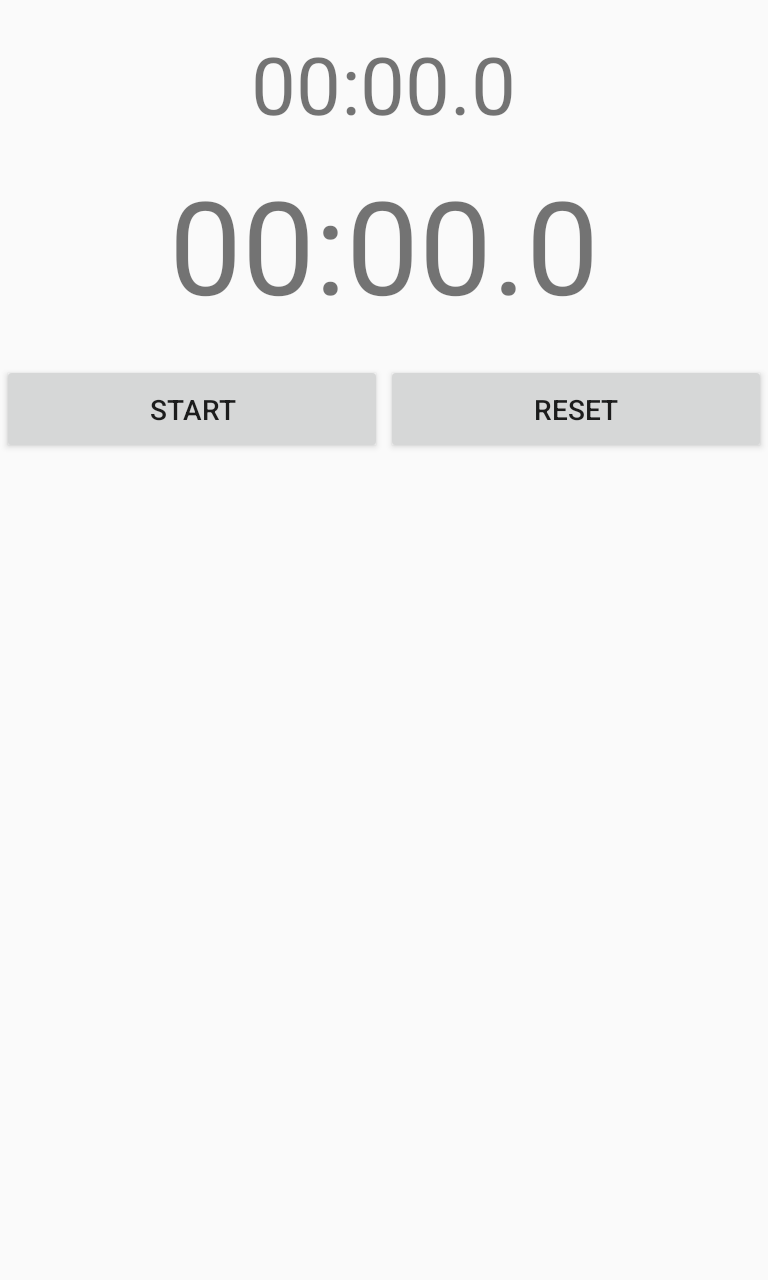
Repository: GitDidNotExitCleanly/AndroidTimer
Layout: G54MDP_Stopwatch/res/layout/fragment_stopwatch.xml
These files come from the project's save history. The layout is drawn as it stood at one moment and after the next save; the edit follows.
It is drawn on a 768 x 1280 px phone screen (xhdpi) without system bars, with theme AppTheme; the app's code is not run. Lists and similar views that code fills are empty.

Above is the layout before, as saved 2015-03-07 01:38:20.

### G54MDP_Stopwatch/res/layout/fragment_stopwatch.xml
<?xml version="1.0" encoding="utf-8"?>
<LinearLayout xmlns:android="http://schemas.android.com/apk/res/android"
    android:layout_width="match_parent"
    android:layout_height="match_parent"
    android:gravity="center_horizontal"
    android:orientation="vertical" >

        <LinearLayout
            android:layout_width="fill_parent"
            android:layout_height="wrap_content"
            android:layout_weight="0.5"
            android:gravity="center_horizontal"
            android:orientation="vertical" >

	        <TextView
	            android:id="@+id/smallTime"
	            android:layout_width="wrap_content"
	            android:layout_height="wrap_content"
	            android:text="00:00.0"
	            android:textSize="@dimen/stopwatch_small_time"
	            android:paddingTop="15dip"
	            android:paddingBottom="5dip" />

	        <TextView
	            android:id="@+id/largeTime"
	            android:layout_width="wrap_content"
	            android:layout_height="wrap_content"
	            android:text="00:00.0"
	            android:textSize="@dimen/stopwatch_large_time"
	            android:paddingTop="5dip"
	            android:paddingBottom="15dip" />

	        <LinearLayout
	            android:layout_width="match_parent"
	            android:layout_height="wrap_content"
	            android:gravity="center_horizontal"
	            android:orientation="horizontal"
	             >

	            <Button
	                android:id="@+id/start_stop"
	                android:layout_width="wrap_content"
	                android:layout_height="wrap_content"
	                android:layout_weight="1"
	                android:text="Start" />

	            <Button
	                android:id="@+id/reset_lap"
	                android:layout_width="wrap_content"
	                android:layout_height="wrap_content"
	                android:layout_weight="1"
	                android:text="Reset" />

	        </LinearLayout>
    </LinearLayout>

    <ListView
        android:id="@+id/timeList"
        android:layout_width="fill_parent"
        android:layout_height="wrap_content"
        android:layout_gravity="center_horizontal"
        android:layout_weight="0.3" >

    </ListView>

</LinearLayout>

### G54MDP_Stopwatch/res/values/dimens.xml
<resources>

    <!-- Default screen margins, per the Android Design guidelines. -->
    <dimen name="activity_horizontal_margin">16dp</dimen>
    <dimen name="activity_vertical_margin">16dp</dimen>
	<dimen name="stopwatch_small_time">40dp</dimen>
    <dimen name="stopwatch_large_time">65dp</dimen>

</resources>

Loaded but not shown: G54MDP_Stopwatch/res/values/styles.xml (common file); G54MDP_Stopwatch/res/values-v11/styles.xml (common file); G54MDP_Stopwatch/res/values-v14/styles.xml (common file)

After the next save:
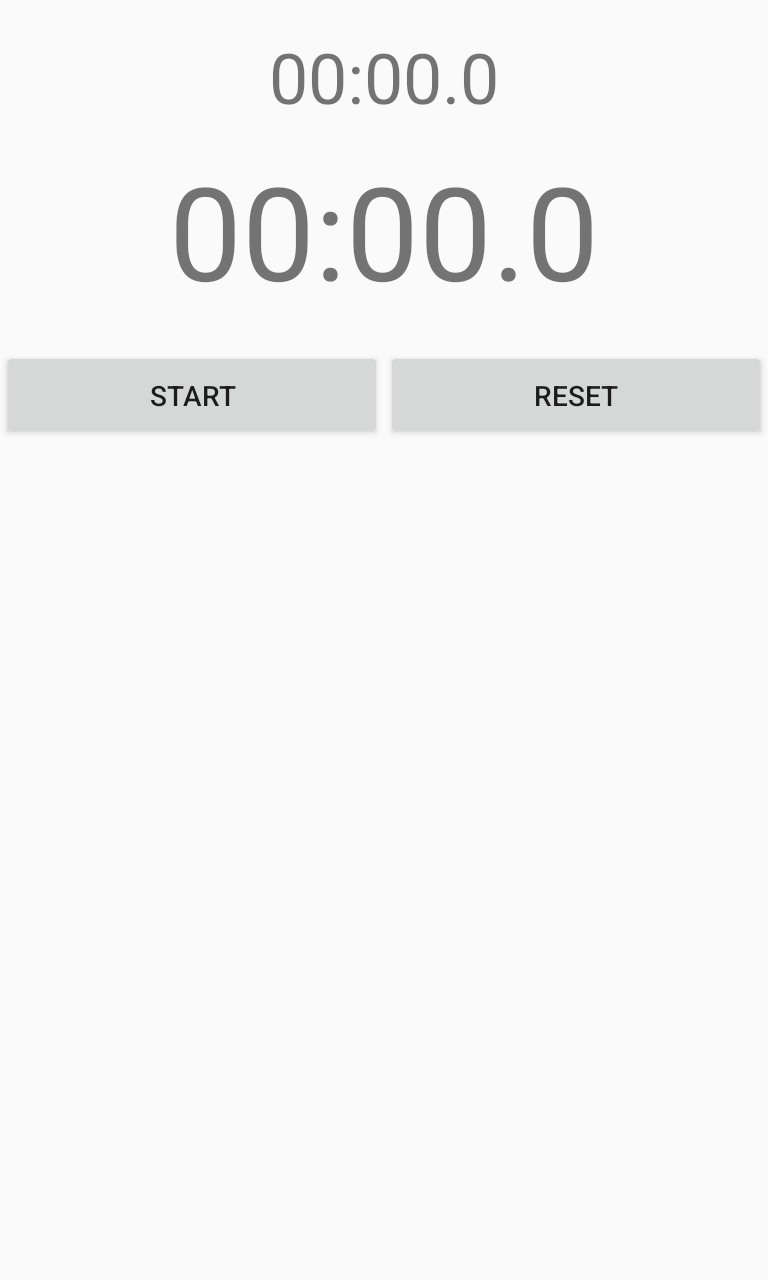
Saved 26 s later.
--- a/G54MDP_Stopwatch/res/values/dimens.xml
+++ b/G54MDP_Stopwatch/res/values/dimens.xml
@@ -3,7 +3,7 @@
     <!-- Default screen margins, per the Android Design guidelines. -->
     <dimen name="activity_horizontal_margin">16dp</dimen>
     <dimen name="activity_vertical_margin">16dp</dimen>
-	<dimen name="stopwatch_small_time">40dp</dimen>
+	<dimen name="stopwatch_small_time">35dp</dimen>
     <dimen name="stopwatch_large_time">65dp</dimen>
 
 </resources>
